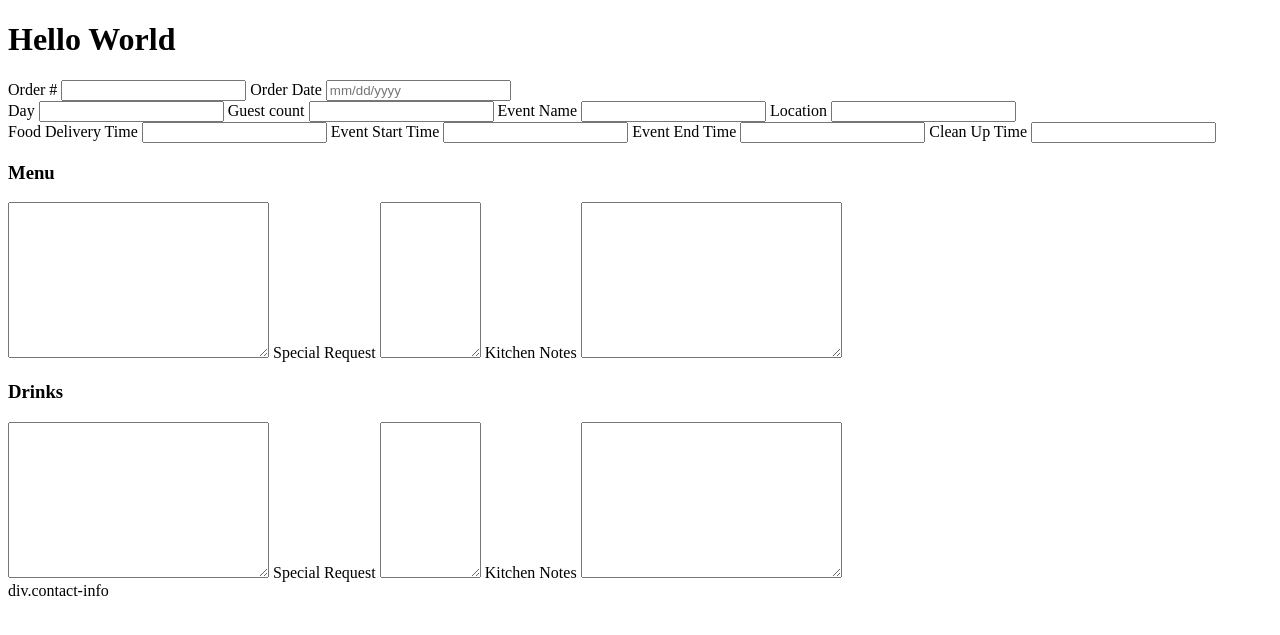
Repository: pmbyrd/rgp-catering
Page: index.html
An editor plug-in stored every save of this project. The page is shown before and after a run of saves, followed by the edit.
The browser window is 1280 px wide. The pictures show the whole page.

Above is the page before, as saved 2023-12-04 17:59:09.

### index.html
<!DOCTYPE html>
<html lang="en">

<head>
    <meta charset="UTF-8">
    <meta name="viewport" content="width=device-width, initial-scale=1.0">
    <title>Document</title>
</head>

<body>
    <h1>Hello World</h1>
    <form action="">
        <div class="details">
            <div class="order-details">
                <label for="order-id">Order #</label>
                <input type="text" id="order-id">
                <label for="order-date">Order Date</label>
                <input type="text" id="order-date" placeholder="mm/dd/yyyy">
            </div>
            <div class="details-info">
                <label for="order-day">Day</label>
                <input type="text" id="order-day">
                <label for="count">Guest count</label>
                <input type="text" id="count">
                <label for="event-name">Event Name</label>
                <input type="text" id="event-name">
                <label for="location">Location</label>
                <input type="text" id="location">
            </div>
            <div class="details-times">
                <label for="delivery-time">Food Delivery Time</label>
                <input type="text" id="delivery-time">
                <label for="start-time">Event Start Time</label>
                <input type="text" id="start-time">
                <label for="end-time">Event End Time</label>
                <input type="text" id="end-time">
                <label for="clean-up-time">Clean Up Time</label>
                <input type="text" id="clean-up-time">
            </div>
        </div>
        <div class="food-order">
            <label for="menu">
                <h3>Menu</h3>
                <textarea name="" id="" cols="30" rows="10"></textarea>
            </label>
            <label for="menu-request">Special Request</label>
            <textarea name="" id="" cols="10" rows="10"></textarea>
            <label for="menu-notes">Kitchen Notes</label>
            <textarea name="" id="" cols="30" rows="10"></textarea>
        </div>
         <div class="beverage-order">
            <label for="Beverages">
                <h3>Drinks</h3>
                <textarea name="" id="" cols="30" rows="10"></textarea>
            </label>
            <label for="menu-request">Special Request</label>
            <textarea name="" id="" cols="10" rows="10"></textarea>
            <label for="menu-notes">Kitchen Notes</label>
            <textarea name="" id="" cols="30" rows="10"></textarea>
        </div>
        div.contact-info
    </form>
    <script src="index.js"></script>
</body>
</html>

Loaded but not shown: index.js (no stored copy; drawn as an empty file)

After the next 2 saves:
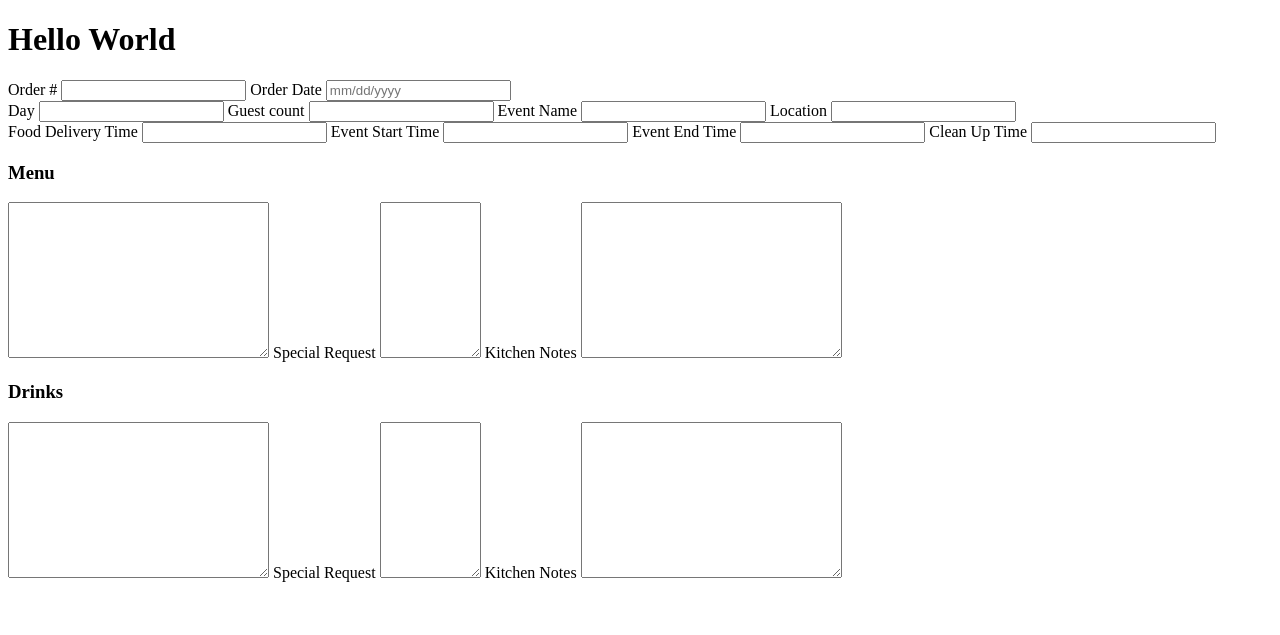
The 2 saves are shown as one change because they came seconds apart.
The last was saved 10 s later.
--- a/index.html
+++ b/index.html
@@ -58,7 +58,9 @@
             <label for="menu-notes">Kitchen Notes</label>
             <textarea name="" id="" cols="30" rows="10"></textarea>
         </div>
-        div.contact-info
+        <div class="contact-info">
+
+        </div>
     </form>
     <script src="index.js"></script>
 </body>
